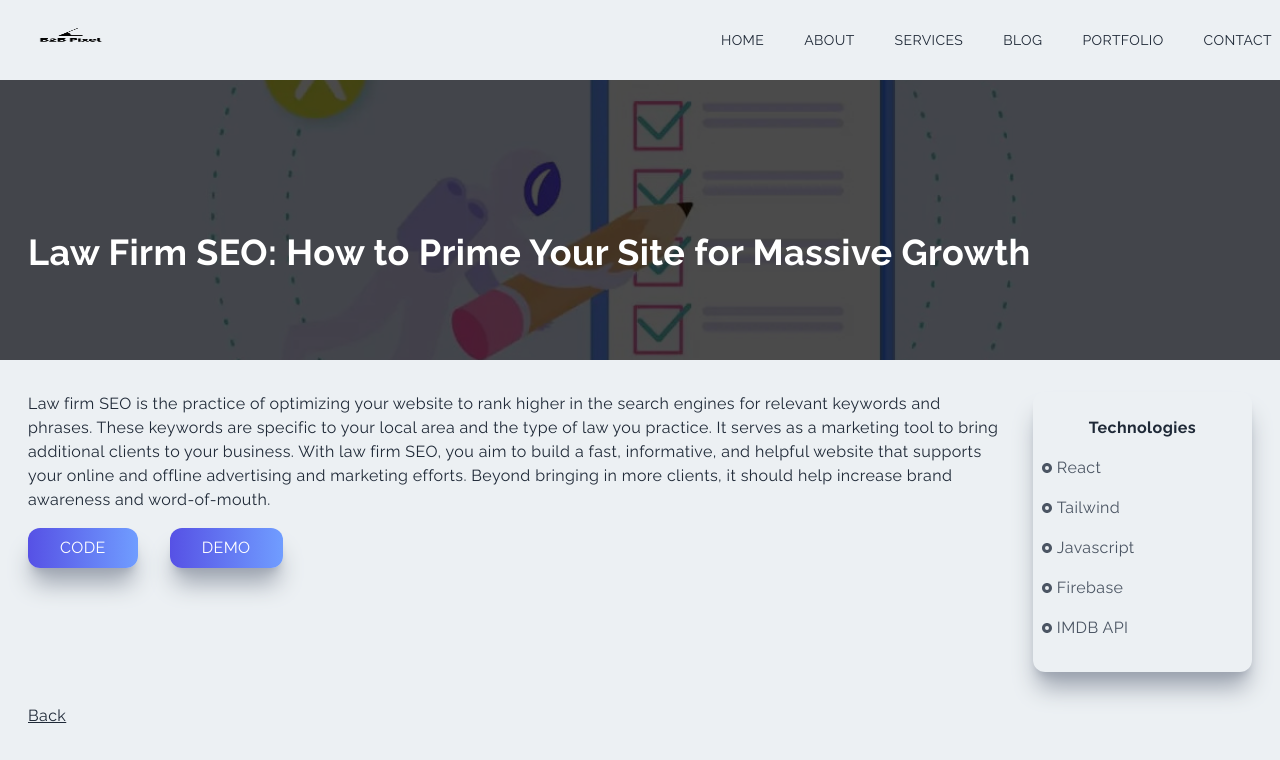
Repository: DID0101/nextjs.b2b
Page: /netflix
The author's editor kept a copy of each file at every save. The page is drawn from the files as they stood at one save, then again after the next save.
The browser window is 1280 px wide. The pictures show the whole page.
The project was rebuilt for these pictures with package versions that can differ from the ones it lists, and the page was loaded fresh each time. The framework's server and built-in components were replaced by stand-ins that run in the browser. Also part of the build but not shown: next.config.js.

Above is the page before, as saved 2024-01-22 03:16:11.

### pages/netflix.jsx
import Image from 'next/image';
import React from 'react';
import netflixImg from '../public/assets/projects/netflix.jpg';
import { RiRadioButtonFill } from 'react-icons/ri';
import Link from 'next/link';

const netflix = () => {
  return (
    <div className='w-full'>
      <div className='w-screen h-[50vh] relative'>
        <div className='absolute top-0 left-0 w-full h-[50vh] bg-black/70 z-10' />
        <Image
          className='absolute z-1'
          layout='fill'
          objectFit='cover'
          src={netflixImg}
          alt='/'
        />
        <div className='absolute top-[70%] max-w-[1240px] w-full left-[50%] right-[50%] translate-x-[-50%] translate-y-[-50%] text-white z-10 p-2'>
          <h2 className='py-2'>Law Firm SEO: How to Prime Your Site for Massive Growth</h2>
          {/* <h3>React JS / Tailwind / Firebase</h3> */}
        </div>
      </div>

      <div className='max-w-[1240px] mx-auto p-2 grid md:grid-cols-5 gap-8 py-8'>
        <div className='col-span-4'>
          {/* <p>Project</p> */}
          {/* <h2>Overview</h2> */}
          <p>
          Law firm SEO is the practice of optimizing your website to rank higher in the search engines for relevant keywords and phrases. These keywords are specific to your local area and the type of law you practice. It serves as a marketing tool to bring additional clients to your business.

With law firm SEO, you aim to build a fast, informative, and helpful website that supports your online and offline advertising and marketing efforts. Beyond bringing in more clients, it should help increase brand awareness and word-of-mouth.
          </p>

          <a
            href='https://github.com/fireclint/netflix-react-tailwind'
            target='_blank'
            rel='noreferrer'
          >
            <button className='px-8 py-2 mt-4 mr-8'>Code</button>
          </a>
          <a
            href='https://fireclint.github.io/netflix-react-tailwind/'
            target='_blank'
            rel='noreferrer'
          >
            <button className='px-8 py-2 mt-4'>Demo</button>
          </a>
        </div>
        <div className='col-span-4 md:col-span-1 shadow-xl shadow-gray-400 rounded-xl py-4'>
          <div className='p-2'>
            <p className='text-center font-bold pb-2'>Technologies</p>
            <div className='grid grid-cols-3 md:grid-cols-1'>
              <p className='text-gray-600 py-2 flex items-center'>
                <RiRadioButtonFill className='pr-1' /> React
              </p>
              <p className='text-gray-600 py-2 flex items-center'>
                <RiRadioButtonFill className='pr-1' /> Tailwind
              </p>
              <p className='text-gray-600 py-2 flex items-center'>
                <RiRadioButtonFill className='pr-1' /> Javascript
              </p>
              <p className='text-gray-600 py-2 flex items-center'>
                <RiRadioButtonFill className='pr-1' /> Firebase
              </p>
              <p className='text-gray-600 py-2 flex items-center'>
                <RiRadioButtonFill className='pr-1' /> IMDB API
              </p>
            </div>
          </div>
        </div>
        <Link href='/#projects'>
          <p className='underline cursor-pointer'>Back</p>
        </Link>
      </div>
    </div>
  );
};

export default netflix;

### components/Navbar.jsx
import Image from 'next/image';
import Link from 'next/link';
import React, { useState, useEffect } from 'react';
import { AiOutlineClose, AiOutlineMail, AiOutlineMenu } from 'react-icons/ai';
import { FaGithub, FaLinkedinIn } from 'react-icons/fa';
import { BsFillPersonLinesFill } from 'react-icons/bs';
// import { useRouter } from 'next/router';
import NavLogo from '../public/assets/navLogo.png'

const Navbar = () => {
  const [nav, setNav] = useState(false);
  const [shadow, setShadow] = useState(false);
  const [navBg, setNavBg] = useState('#ecf0f3');
  const [linkColor, setLinkColor] = useState('#1f2937');
  // const [position, setPosition] = useState('fixed')
  // const router = useRouter();

  // useEffect(() => {
  //   if (
  //     router.asPath === '/property' ||
  //     router.asPath === '/crypto' ||
  //     router.asPath === '/netflix' ||
  //     router.asPath === '/twitch'
  //   ) {
  //     setNavBg('transparent');
  //     setLinkColor('#ecf0f3');
  //   } else {
  //     setNavBg('#ecf0f3');
  //     setLinkColor('#1f2937');
  //   }
  // }, [router]);

  const handleNav = () => {
    setNav(!nav);
  };

  useEffect(() => {
    const handleShadow = () => {
      if (window.scrollY >= 90) {
        setShadow(true);
      } else {
        setShadow(false);
      }
    };
    window.addEventListener('scroll', handleShadow);
  }, []);

  return (
    <div
      style={{ backgroundColor: `${navBg}` }}
      className={
        shadow
          ? 'fixed w-full h-20 shadow-xl z-[100] ease-in-out duration-300'
          : 'fixed w-full h-20 z-[100]'
      }
    >
      <div className='flex justify-between items-center w-full h-full px-2 2xl:px-16'>
        <Link href='/'>
          <a>
            <Image
              src={NavLogo}
              alt='/'
              width='125'
              height='50'
              className='cursor-pointer'
            />
          </a>
        </Link>
        <div>
          <ul style={{ color: `${linkColor}` }} className='hidden md:flex'>
            <li className='ml-10 text-sm uppercase hover:border-b'>
              <Link href='/'>Home</Link>
            </li>
            <li className='ml-10 text-sm uppercase hover:border-b'>
              <Link href='/#about'>About</Link>
            </li>
            <li className='ml-10 text-sm uppercase hover:border-b'>
              <Link href='/#skills'>Services</Link>
            </li>
            <li className='ml-10 text-sm uppercase hover:border-b'>
              <Link href='/#projects'>Blog</Link>
            </li>
            <li className='ml-10 text-sm uppercase hover:border-b'>
              <Link href='/resume'>Portfolio</Link>
            </li>
            <li className='ml-10 text-sm uppercase hover:border-b'>
              <Link href='/#contact'>Contact</Link>
            </li>
          </ul>
          {/* Hamburger Icon */}
          <div
            style={{ color: `${linkColor}` }}
            onClick={handleNav}
            className='md:hidden'
          >
            <AiOutlineMenu size={25} />
          </div>
        </div>
      </div>

      {/* Mobile Menu */}
      {/* Overlay */}
      <div
        className={
          nav ? 'md:hidden fixed left-0 top-0 w-full h-screen bg-black/70' : ''
        }
      >
        {/* Side Drawer Menu */}
        <div
          className={
            nav
              ? ' fixed left-0 top-0 w-[75%] sm:w-[60%] md:w-[45%] h-screen bg-[#ecf0f3] p-10 ease-in duration-500'
              : 'fixed left-[-100%] top-0 p-10 ease-in duration-500'
          }
        >
          <div>
            <div className='flex w-full items-center justify-between'>
              <Link href='/'>
                <a>
                  <Image
                    src={NavLogo}
                    width='87'
                    height='35'
                    alt='/'
                  />
                </a>
              </Link>
              <div
                onClick={handleNav}
                className='rounded-full shadow-lg shadow-gray-400 p-3 cursor-pointer'
              >
                <AiOutlineClose />
              </div>
            </div>
            <div className='border-b border-gray-300 my-4'>
              <p className='w-[85%] md:w-[90%] py-4'>
                Let&#39;s build something legendary together
              </p>
            </div>
          </div>
          <div className='py-4 flex flex-col'>
            <ul className='uppercase'>
              <Link href='/'>
                <li onClick={() => setNav(false)} className='py-4 text-sm'>
                  Home
                </li>
              </Link>
              <Link href='/#about'>
                <li onClick={() => setNav(false)} className='py-4 text-sm'>
                  About
                </li>
              </Link>
              <Link href='/#skills'>
                <li onClick={() => setNav(false)} className='py-4 text-sm'>
                  Skills
                </li>
              </Link>
              <Link href='/#projects'>
                <li onClick={() => setNav(false)} className='py-4 text-sm'>
                  Projects
                </li>
              </Link>
              <Link href='/resume'>
                <li onClick={() => setNav(false)} className='py-4 text-sm'>
                  Resume
                </li>
              </Link>
              <Link href='/#contact'>
                <li onClick={() => setNav(false)} className='py-4 text-sm text-[#ac4d5a]'>
                  Save My Spot
                </li>
              </Link>
            </ul>
            <div className='pt-40'>
              <p className='uppercase tracking-widest text-[#5651e5]'>
                Let&#39;s Connect
              </p>
              <div className='flex items-center justify-between my-4 w-full sm:w-[80%]'>
                <a
                  href='https://www.linkedin.com/in/clint-briley-50056920a/'
                  target='_blank'
                  rel='noreferrer'
                >
                  <div className='rounded-full shadow-lg shadow-gray-400 p-3 cursor-pointer hover:scale-105 ease-in duration-300'>
                    <FaLinkedinIn />
                  </div>
                </a>
                <a
                  href='https://github.com/fireclint'
                  target='_blank'
                  rel='noreferrer'
                >
                  <div className='rounded-full shadow-lg shadow-gray-400 p-3 cursor-pointer hover:scale-105 ease-in duration-300'>
                    <FaGithub />
                  </div>
                </a>
                <Link href='/#contact'>
                  <div
                    onClick={() => setNav(!nav)}
                    className='rounded-full shadow-lg shadow-gray-400 p-3 cursor-pointer hover:scale-105 ease-in duration-300'
                  >
                    <AiOutlineMail />
                  </div>
                </Link>
                <Link href='/resume'>
                  <div
                    onClick={() => setNav(!nav)}
                    className='rounded-full shadow-lg shadow-gray-400 p-3 cursor-pointer hover:scale-105 ease-in duration-300'
                  >
                    <BsFillPersonLinesFill />
                  </div>
                </Link>
              </div>
            </div>
          </div>
        </div>
      </div>
    </div>
  );
};

export default Navbar;

Loaded but not shown: pages/_app.js (common file); pages/_document.js (common file); styles/globals.css (common file); tailwind.config.js (common file)

After the next save:
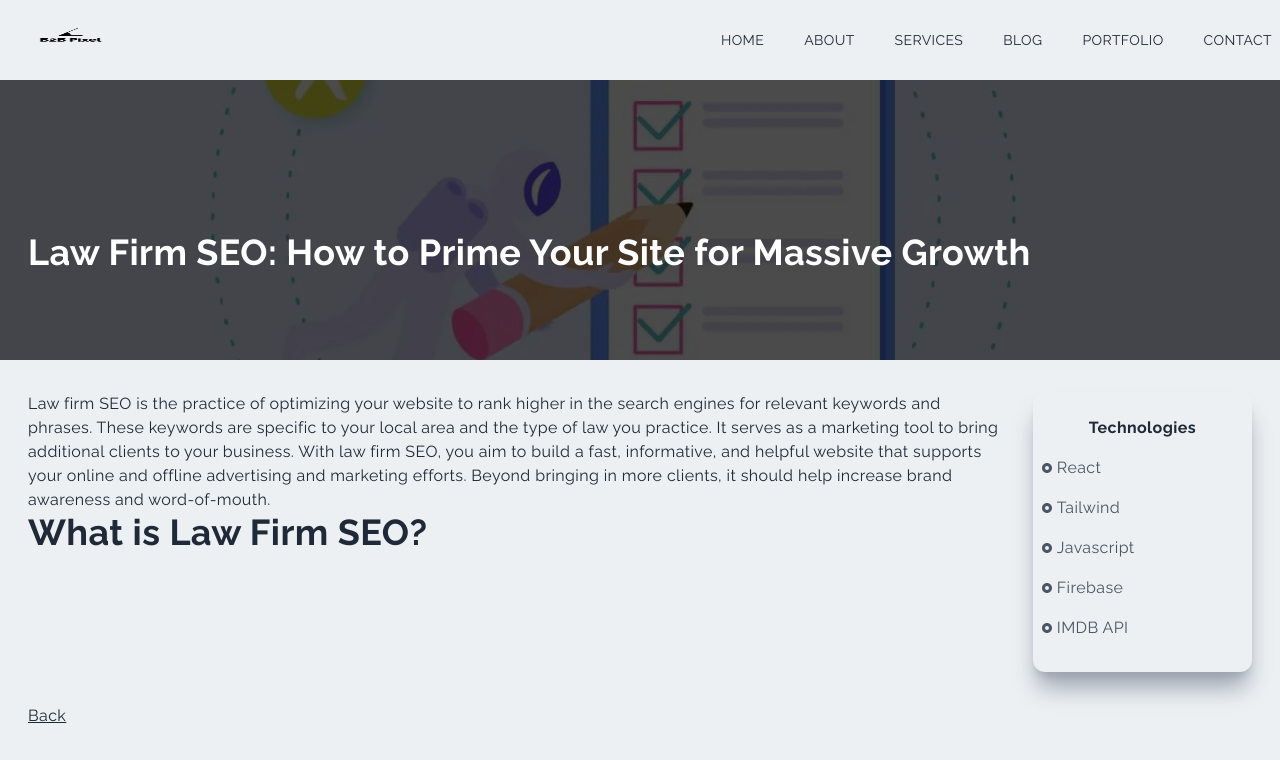
Saved 3 min 23 s later.
--- a/pages/netflix.jsx
+++ b/pages/netflix.jsx
@@ -31,8 +31,12 @@
 
 With law firm SEO, you aim to build a fast, informative, and helpful website that supports your online and offline advertising and marketing efforts. Beyond bringing in more clients, it should help increase brand awareness and word-of-mouth.
           </p>
+          <p>
 
-          <a
+          </p>
+          <h2>What is Law Firm SEO?</h2>
+
+          {/* <a
             href='https://github.com/fireclint/netflix-react-tailwind'
             target='_blank'
             rel='noreferrer'
@@ -45,7 +49,7 @@
             rel='noreferrer'
           >
             <button className='px-8 py-2 mt-4'>Demo</button>
-          </a>
+          </a> */}
         </div>
         <div className='col-span-4 md:col-span-1 shadow-xl shadow-gray-400 rounded-xl py-4'>
           <div className='p-2'>
